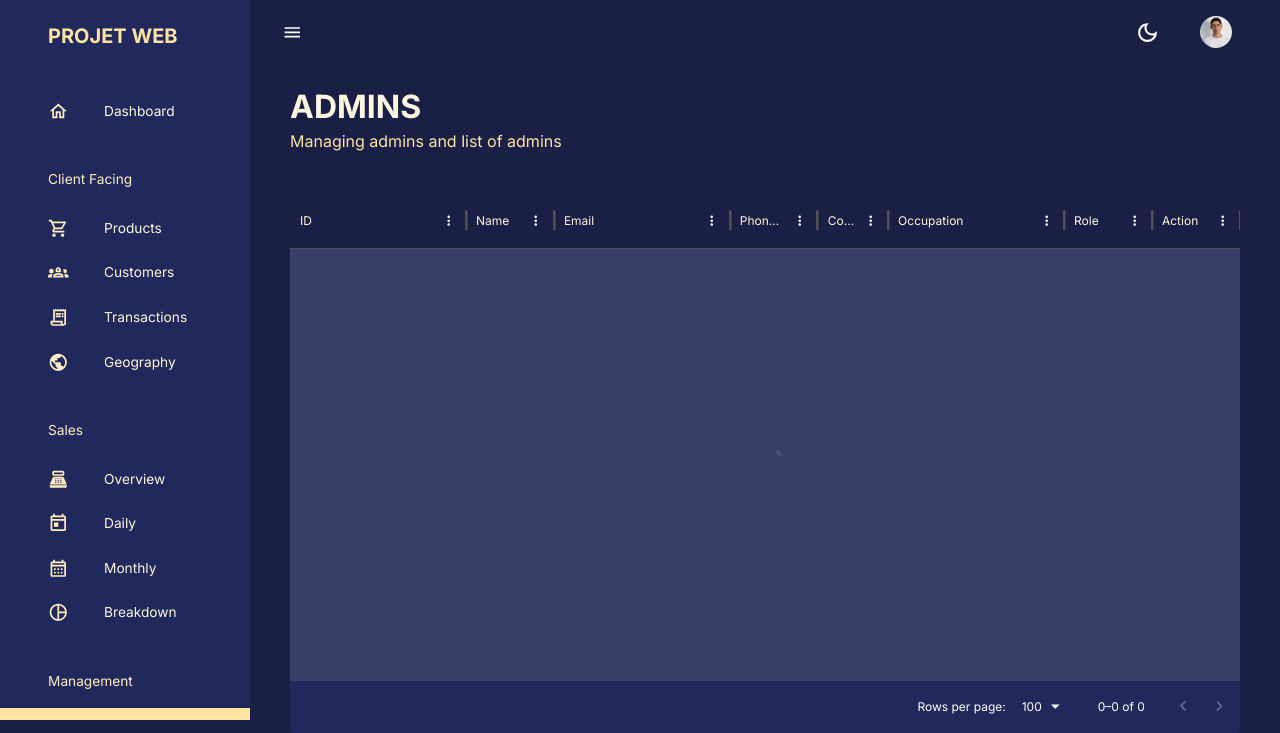
Repository: Alexiserenity/MERN-Dashboard
Page: /admin (app in client/)
These files come from the project's save history. The page is drawn as it stood at one moment and after the next save; the edit follows.
The browser window is 1280 px wide. The pictures show the whole page.
The page's requests for data from a server got no answer. The project was rebuilt for these pictures with package versions that can differ from the ones it lists, and the page was loaded fresh each time. No one was signed in, and anything a server would have sent is missing. Also part of the build but not shown: client/src/components/BreakdownChart.jsx, client/src/components/OverviewChart.jsx, client/src/components/StatBox.jsx, client/src/scenes/dashboard/index.jsx, client/src/scenes/products/index.jsx, client/src/scenes/customers/index.jsx, client/src/components/DataGridCustomToolbar.jsx, client/src/scenes/transactions/index.jsx and 8 more.

Above is the page before, as saved 2022-12-24 12:25:39.

After the next save:
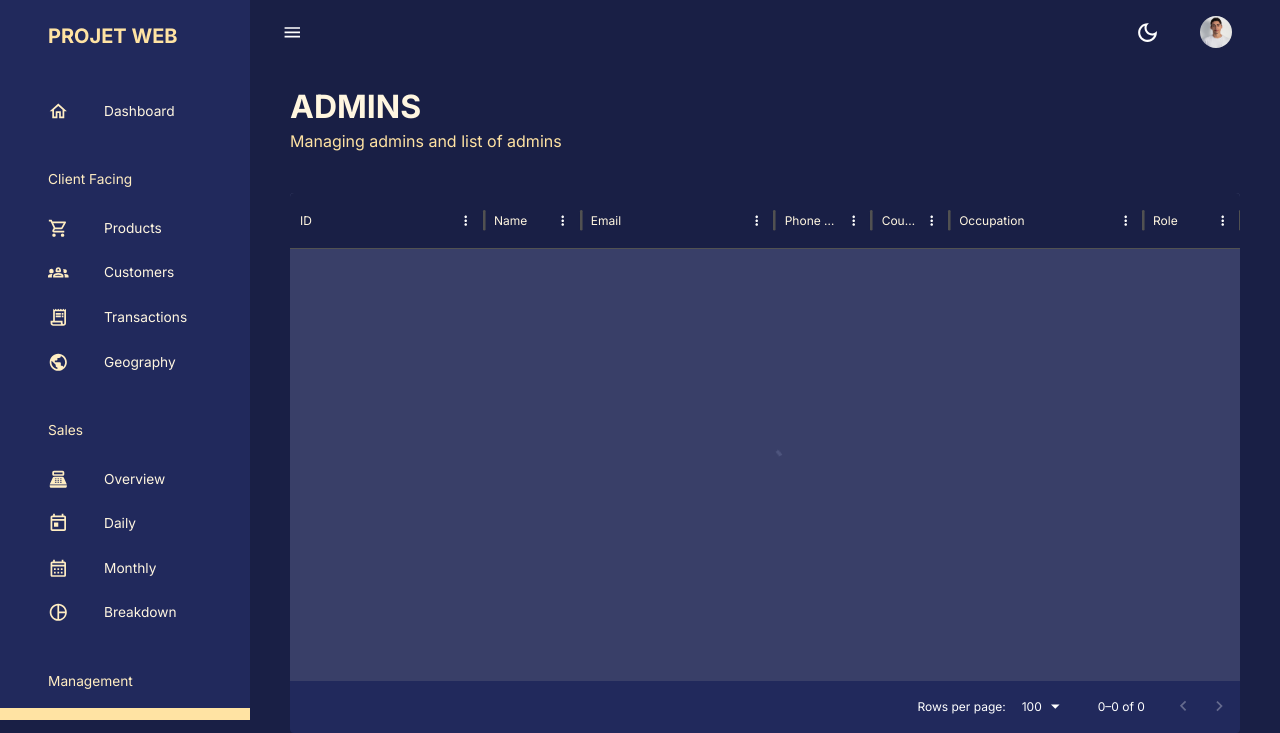
Saved 13 min 45 s later.
--- a/client/src/scenes/admin/index.jsx
+++ b/client/src/scenes/admin/index.jsx
@@ -48,11 +48,6 @@
       headerName: "Role",
       flex: 0.5,
     },
-    {
-      field: "Action",
-      headerName: "Action",
-      flex: 0.5,
-    },
   ];
 
   return (

After the save that followed:
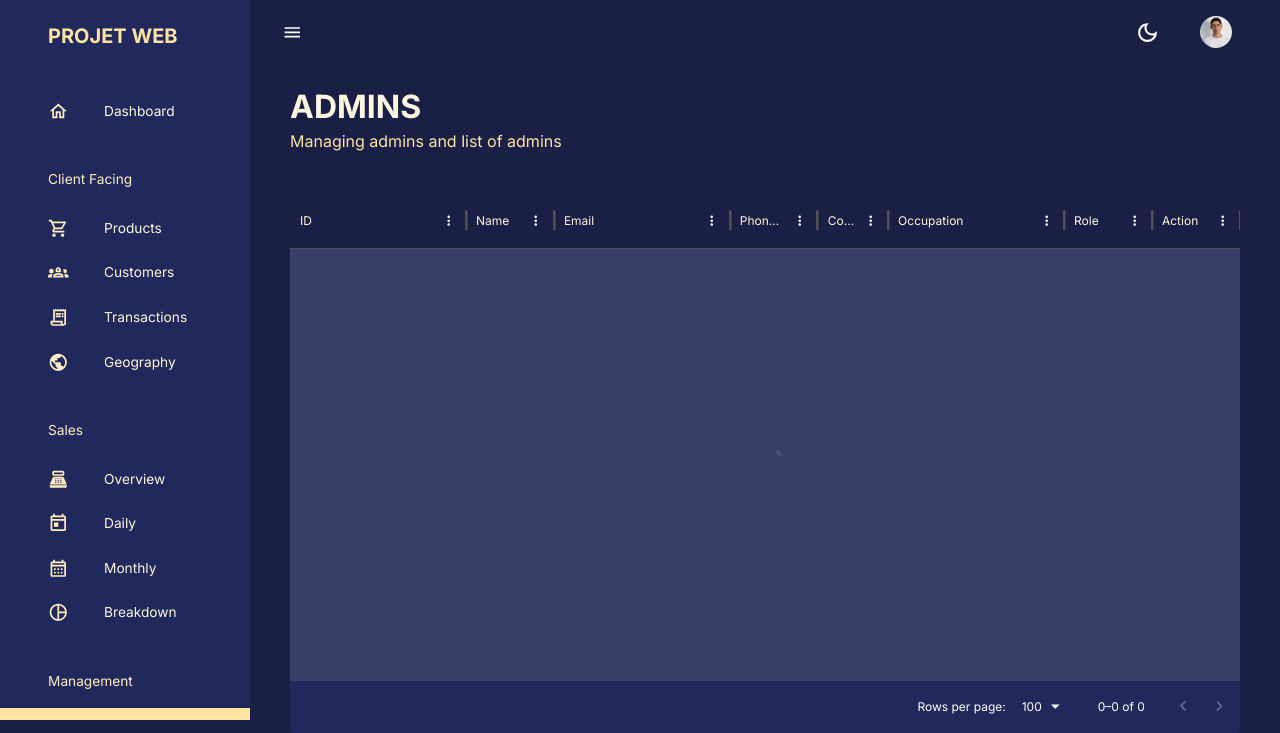
Saved 9 min 23 s later.
--- a/client/src/scenes/admin/index.jsx
+++ b/client/src/scenes/admin/index.jsx
@@ -48,6 +48,11 @@
       headerName: "Role",
       flex: 0.5,
     },
+    {
+      field: "Action",
+      headerName: "Action",
+      flex: 0.5,
+    },
   ];
 
   return (
